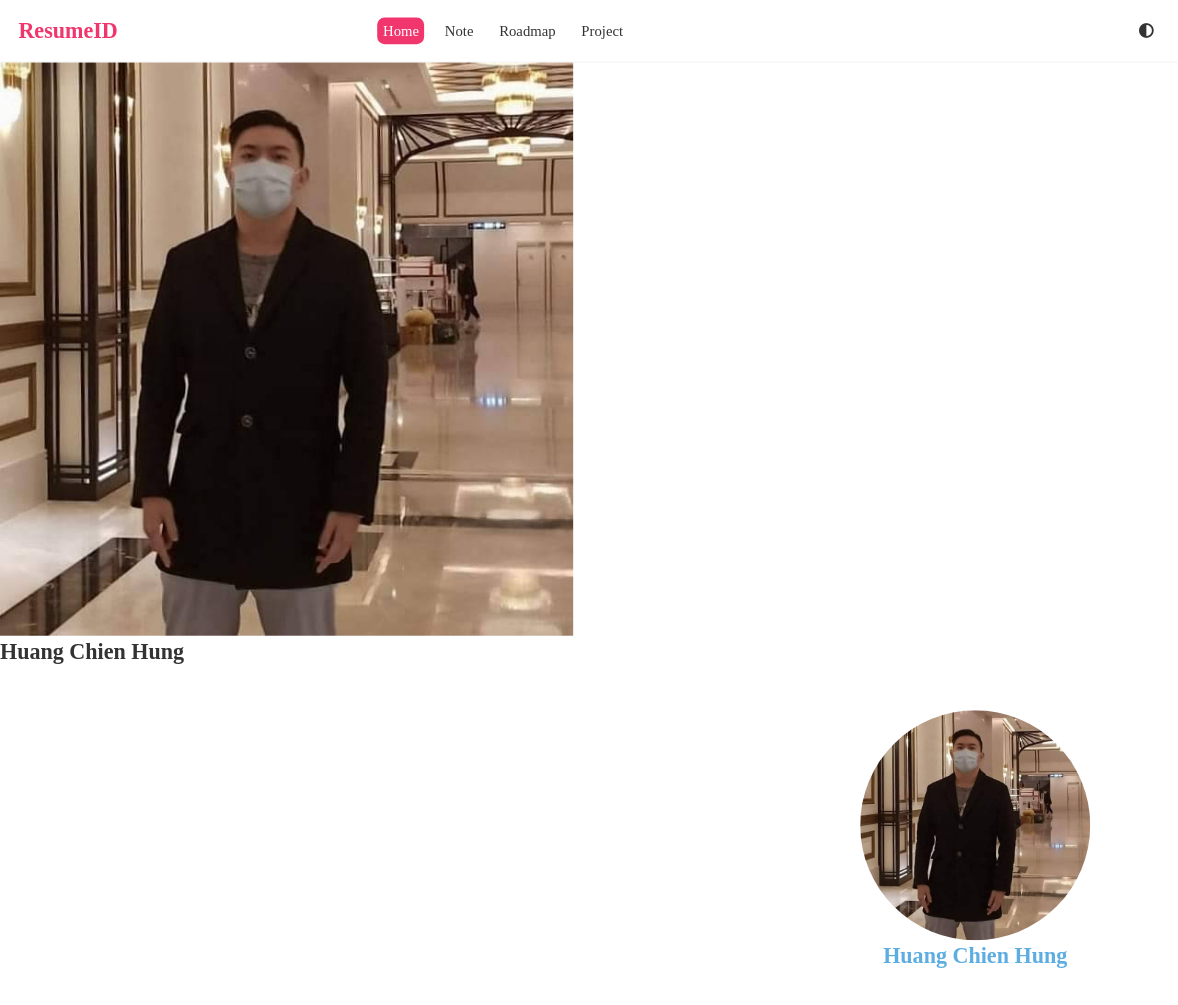
Repository: leo-play-code/ResumeID
Page: /
The author's editor kept a copy of each file at every save. The page is drawn from the files as they stood at one save, then again after the next save.
The browser window is 1280 px wide. The pictures show the whole page, at 92% of full size.
Some web libraries are served in a nearby version. The project was rebuilt for these pictures with package versions that can differ from the ones it lists, and the page was loaded fresh each time. Also part of the build but not shown: src/Note/Note.js, src/Roadmap/Roadmap.js, src/Project/Project.js.

Above is the page before, as saved 2022-10-18 14:10:15.

After the next save:
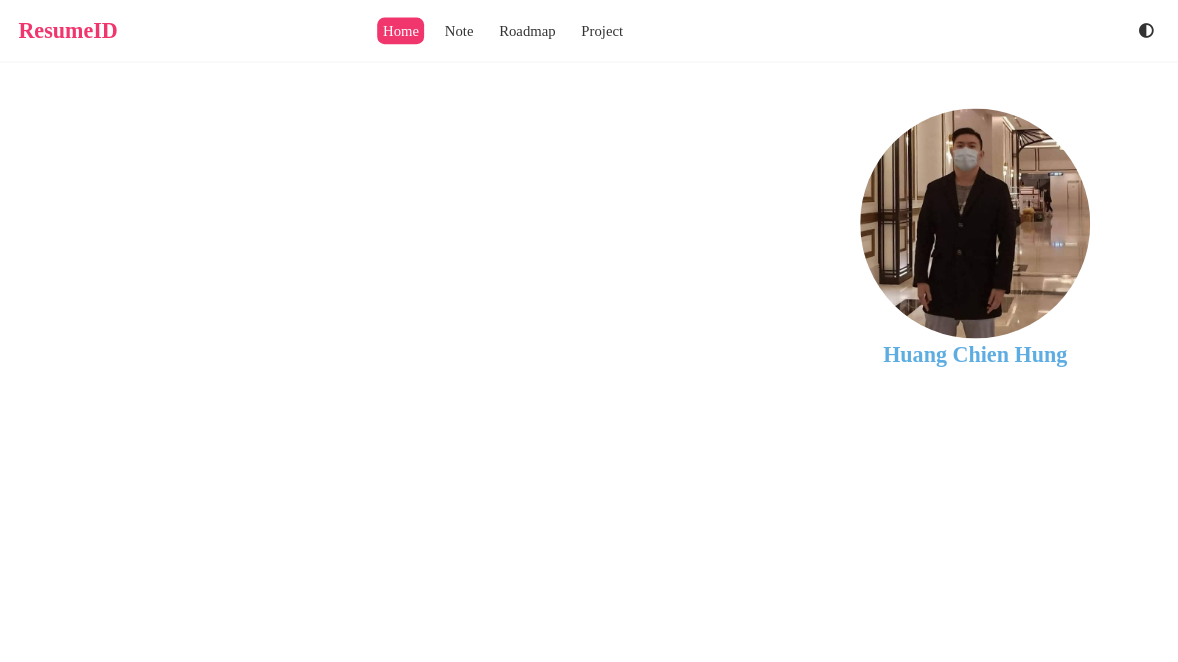
Saved 6 s later.
--- a/src/Home/Home.js
+++ b/src/Home/Home.js
@@ -5,8 +5,7 @@ function Home(){
     return(
         <div className="Home">
             <div className="introduction-container">
-                <img src={pic} alt="" />
-                <h2 className='MainName'>Huang Chien Hung</h2>
+
             </div>
             <div className="profile-container">
                 <img src={pic} alt="" />
